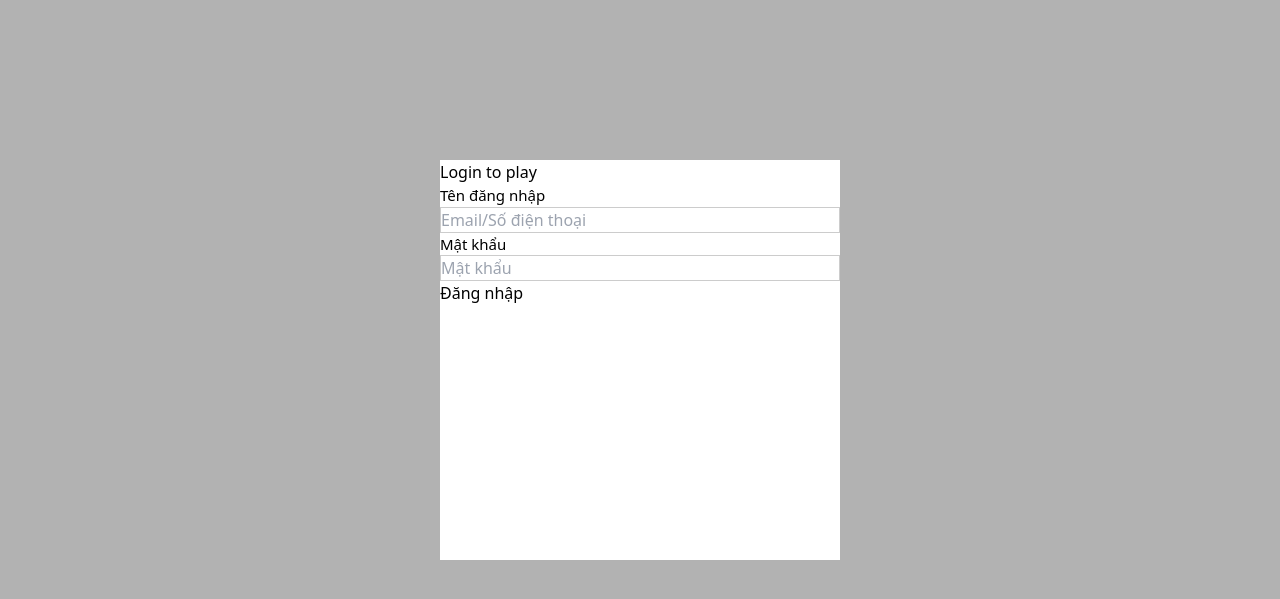
Repository: Teddy1705/demo_pj
Page: /
These files come from the project's save history. The page is drawn as it stood at one moment and after the next save; the edit follows.
The browser window is 1280 px wide. The pictures show the whole page.
The project was rebuilt for these pictures with package versions that can differ from the ones it lists, and the page was loaded fresh each time. Also part of the build but not shown: vite.config.js.

Above is the page before, as saved 2024-04-16 09:47:35.

### index.html
<!DOCTYPE html>
<html lang="en">
  <head>
    <meta charset="UTF-8" />
    <link rel="icon" type="image/svg+xml" href="/vite.svg" />
    <meta name="viewport" content="width=device-width, initial-scale=1.0" />
    <title>Tic Tac Toe</title>
    <link rel="stylesheet" href="./src/index.css" />
  </head>
  <body>
    <div id="root"></div>
    <script type="module" src="/src/main.jsx"></script>
  </body>
</html>

### src/index.css
:root {
  --white-color: #fff;
  --black-color: #000;
}

/*
1. Prevent padding and border from affecting element width. (https://github.com/mozdevs/cssremedy/issues/4)
2. Allow adding a border to an element by just adding a border-width. (https://github.com/tailwindcss/tailwindcss/pull/116)
*/

*,
::before,
::after {
  box-sizing: border-box;
  /* 1 */
  border-width: 0;
  /* 2 */
  border-style: solid;
  /* 2 */
  border-color: #e5e7eb;
  /* 2 */
}

::before,
::after {
  --tw-content: "";
}

/*
1. Use a consistent sensible line-height in all browsers.
2. Prevent adjustments of font size after orientation changes in iOS.
3. Use a more readable tab size.
4. Use the user's configured `sans` font-family by default.
5. Use the user's configured `sans` font-feature-settings by default.
6. Use the user's configured `sans` font-variation-settings by default.
7. Disable tap highlights on iOS
*/

html,
:host {
  line-height: 1.5;
  /* 1 */
  -webkit-text-size-adjust: 100%;
  /* 2 */
  -moz-tab-size: 4;
  /* 3 */
  -o-tab-size: 4;
  tab-size: 4;
  /* 3 */
  font-family: ui-sans-serif, system-ui, sans-serif, "Apple Color Emoji",
    "Segoe UI Emoji", "Segoe UI Symbol", "Noto Color Emoji";
  /* 4 */
  font-feature-settings: normal;
  /* 5 */
  font-variation-settings: normal;
  /* 6 */
  -webkit-tap-highlight-color: transparent;
  /* 7 */
}

/*
1. Remove the margin in all browsers.
2. Inherit line-height from `html` so users can set them as a class directly on the `html` element.
*/

body {
  margin: 0;
  /* 1 */
  line-height: inherit;
  /* 2 */
}

/*
1. Add the correct height in Firefox.
2. Correct the inheritance of border color in Firefox. (https://bugzilla.mozilla.org/show_bug.cgi?id=190655)
3. Ensure horizontal rules are visible by default.
*/

hr {
  height: 0;
  /* 1 */
  color: inherit;
  /* 2 */
  border-top-width: 1px;
  /* 3 */
}

/*
Add the correct text decoration in Chrome, Edge, and Safari.
*/

abbr:where([title]) {
  -webkit-text-decoration: underline dotted;
  text-decoration: underline dotted;
}

/*
Remove the default font size and weight for headings.
*/

h1,
h2,
h3,
h4,
h5,
h6 {
  font-size: inherit;
  font-weight: inherit;
}

/*
Reset links to optimize for opt-in styling instead of opt-out.
*/

a {
  color: inherit;
  text-decoration: inherit;
}

/*
Add the correct font weight in Edge and Safari.
*/

b,
strong {
  font-weight: bolder;
}

/*
1. Use the user's configured `mono` font-family by default.
2. Use the user's configured `mono` font-feature-settings by default.
3. Use the user's configured `mono` font-variation-settings by default.
4. Correct the odd `em` font sizing in all browsers.
*/

code,
kbd,
samp,
pre {
  font-family: ui-monospace, SFMono-Regular, Menlo, Monaco, Consolas,
    "Liberation Mono", "Courier New", monospace;
  /* 1 */
  font-feature-settings: normal;
  /* 2 */
  font-variation-settings: normal;
  /* 3 */
  font-size: 1em;
  /* 4 */
}

/*
Add the correct font size in all browsers.
*/

small {
  font-size: 80%;
}

/*
Prevent `sub` and `sup` elements from affecting the line height in all browsers.
*/

sub,
sup {
  font-size: 75%;
  line-height: 0;
  position: relative;
  vertical-align: baseline;
}

sub {
  bottom: -0.25em;
}

sup {
  top: -0.5em;
}

/*
1. Remove text indentation from table contents in Chrome and Safari. (https://bugs.chromium.org/p/chromium/issues/detail?id=999088, https://bugs.webkit.org/show_bug.cgi?id=201297)
2. Correct table border color inheritance in all Chrome and Safari. (https://bugs.chromium.org/p/chromium/issues/detail?id=935729, https://bugs.webkit.org/show_bug.cgi?id=195016)
3. Remove gaps between table borders by default.
*/

table {
  text-indent: 0;
  /* 1 */
  border-color: inherit;
  /* 2 */
  border-collapse: collapse;
  /* 3 */
}

/*
1. Change the font styles in all browsers.
2. Remove the margin in Firefox and Safari.
3. Remove default padding in all browsers.
*/

button,
input,
optgroup,
select,
textarea {
  font-family: inherit;
  /* 1 */
  font-feature-settings: inherit;
  /* 1 */
  font-variation-settings: inherit;
  /* 1 */
  font-size: 100%;
  /* 1 */
  font-weight: inherit;
  /* 1 */
  line-height: inherit;
  /* 1 */
  letter-spacing: inherit;
  /* 1 */
  color: inherit;
  /* 1 */
  margin: 0;
  /* 2 */
  padding: 0;
  /* 3 */
}

/*
Remove the inheritance of text transform in Edge and Firefox.
*/

button,
select {
  text-transform: none;
}

/*
1. Correct the inability to style clickable types in iOS and Safari.
2. Remove default button styles.
*/

button,
input:where([type="button"]),
input:where([type="reset"]),
input:where([type="submit"]) {
  -webkit-appearance: button;
  /* 1 */
  background-color: transparent;
  /* 2 */
  background-image: none;
  /* 2 */
}

/*
Use the modern Firefox focus style for all focusable elements.
*/

:-moz-focusring {
  outline: auto;
}

/*
Remove the additional `:invalid` styles in Firefox. (https://github.com/mozilla/gecko-dev/blob/2f9eacd9d3d995c937b4251a5557d95d494c9be1/layout/style/res/forms.css#L728-L737)
*/

:-moz-ui-invalid {
  box-shadow: none;
}

/*
Add the correct vertical alignment in Chrome and Firefox.
*/

progress {
  vertical-align: baseline;
}

/*
Correct the cursor style of increment and decrement buttons in Safari.
*/

::-webkit-inner-spin-button,
::-webkit-outer-spin-button {
  height: auto;
}

/*
1. Correct the odd appearance in Chrome and Safari.
2. Correct the outline style in Safari.
*/

[type="search"] {
  -webkit-appearance: textfield;
  /* 1 */
  outline-offset: -2px;
  /* 2 */
}

/*
Remove the inner padding in Chrome and Safari on macOS.
*/

::-webkit-search-decoration {
  -webkit-appearance: none;
}

/*
1. Correct the inability to style clickable types in iOS and Safari.
2. Change font properties to `inherit` in Safari.
*/

::-webkit-file-upload-button {
  -webkit-appearance: button;
  /* 1 */
  font: inherit;
  /* 2 */
}

/*
Add the correct display in Chrome and Safari.
*/

summary {
  display: list-item;
}

/*
Removes the default spacing and border for appropriate elements.
*/

blockquote,
dl,
dd,
h1,
h2,
h3,
h4,
h5,
h6,
hr,
figure,
p,
pre {
  margin: 0;
}

fieldset {
  margin: 0;
  padding: 0;
}

legend {
  padding: 0;
}

ol,
ul,
menu {
  list-style: none;
  margin: 0;
  padding: 0;
}

/*
Reset default styling for dialogs.
*/

dialog {
  padding: 0;
}

/*
Prevent resizing textareas horizontally by default.
*/

textarea {
  resize: vertical;
}

/*
1. Reset the default placeholder opacity in Firefox. (https://github.com/tailwindlabs/tailwindcss/issues/3300)
2. Set the default placeholder color to the user's configured gray 400 color.
*/

input::-moz-placeholder,
textarea::-moz-placeholder {
  opacity: 1;
  /* 1 */
  color: #9ca3af;
  /* 2 */
}

input::placeholder,
textarea::placeholder {
  opacity: 1;
  /* 1 */
  color: #9ca3af;
  /* 2 */
}

/*
Set the default cursor for buttons.
*/

button,
[role="button"] {
  cursor: pointer;
}

/*
Make sure disabled buttons don't get the pointer cursor.
*/

:disabled {
  cursor: default;
}

/*
1. Make replaced elements `display: block` by default. (https://github.com/mozdevs/cssremedy/issues/14)
2. Add `vertical-align: middle` to align replaced elements more sensibly by default. (https://github.com/jensimmons/cssremedy/issues/14#issuecomment-634934210)
   This can trigger a poorly considered lint error in some tools but is included by design.
*/

img,
svg,
video,
canvas,
audio,
iframe,
embed,
object {
  display: block;
  /* 1 */
  vertical-align: middle;
  /* 2 */
}

/*
Constrain images and videos to the parent width and preserve their intrinsic aspect ratio. (https://github.com/mozdevs/cssremedy/issues/14)
*/

img,
video {
  max-width: 100%;
  height: auto;
}

/* Make elements with the HTML hidden attribute stay hidden by default */

[hidden] {
  display: none;
}

*,
::before,
::after {
  --tw-border-spacing-x: 0;
  --tw-border-spacing-y: 0;
  --tw-translate-x: 0;
  --tw-translate-y: 0;
  --tw-rotate: 0;
  --tw-skew-x: 0;
  --tw-skew-y: 0;
  --tw-scale-x: 1;
  --tw-scale-y: 1;
  --tw-pan-x: ;
  --tw-pan-y: ;
  --tw-pinch-zoom: ;
  --tw-scroll-snap-strictness: proximity;
  --tw-gradient-from-position: ;
  --tw-gradient-via-position: ;
  --tw-gradient-to-position: ;
  --tw-ordinal: ;
  --tw-slashed-zero: ;
  --tw-numeric-figure: ;
  --tw-numeric-spacing: ;
  --tw-numeric-fraction: ;
  --tw-ring-inset: ;
  --tw-ring-offset-width: 0px;
  --tw-ring-offset-color: #fff;
  --tw-ring-color: rgb(59 130 246 / 0.5);
  --tw-ring-offset-shadow: 0 0 #0000;
  --tw-ring-shadow: 0 0 #0000;
  --tw-shadow: 0 0 #0000;
  --tw-shadow-colored: 0 0 #0000;
  --tw-blur: ;
  --tw-brightness: ;
  --tw-contrast: ;
  --tw-grayscale: ;
  --tw-hue-rotate: ;
  --tw-invert: ;
  --tw-saturate: ;
  --tw-sepia: ;
  --tw-drop-shadow: ;
  --tw-backdrop-blur: ;
  --tw-backdrop-brightness: ;
  --tw-backdrop-contrast: ;
  --tw-backdrop-grayscale: ;
  --tw-backdrop-hue-rotate: ;
  --tw-backdrop-invert: ;
  --tw-backdrop-opacity: ;
  --tw-backdrop-saturate: ;
  --tw-backdrop-sepia: ;
  --tw-contain-size: ;
  --tw-contain-layout: ;
  --tw-contain-paint: ;
  --tw-contain-style: ;
}

::backdrop {
  --tw-border-spacing-x: 0;
  --tw-border-spacing-y: 0;
  --tw-translate-x: 0;
  --tw-translate-y: 0;
  --tw-rotate: 0;
  --tw-skew-x: 0;
  --tw-skew-y: 0;
  --tw-scale-x: 1;
  --tw-scale-y: 1;
  --tw-pan-x: ;
  --tw-pan-y: ;
  --tw-pinch-zoom: ;
  --tw-scroll-snap-strictness: proximity;
  --tw-gradient-from-position: ;
  --tw-gradient-via-position: ;
  --tw-gradient-to-position: ;
  --tw-ordinal: ;
  --tw-slashed-zero: ;
  --tw-numeric-figure: ;
  --tw-numeric-spacing: ;
  --tw-numeric-fraction: ;
  --tw-ring-inset: ;
  --tw-ring-offset-width: 0px;
  --tw-ring-offset-color: #fff;
  --tw-ring-color: rgb(59 130 246 / 0.5);
  --tw-ring-offset-shadow: 0 0 #0000;
  --tw-ring-shadow: 0 0 #0000;
  --tw-shadow: 0 0 #0000;
  --tw-shadow-colored: 0 0 #0000;
  --tw-blur: ;
  --tw-brightness: ;
  --tw-contrast: ;
  --tw-grayscale: ;
  --tw-hue-rotate: ;
  --tw-invert: ;
  --tw-saturate: ;
  --tw-sepia: ;
  --tw-drop-shadow: ;
  --tw-backdrop-blur: ;
  --tw-backdrop-brightness: ;
  --tw-backdrop-contrast: ;
  --tw-backdrop-grayscale: ;
  --tw-backdrop-hue-rotate: ;
  --tw-backdrop-invert: ;
  --tw-backdrop-opacity: ;
  --tw-backdrop-saturate: ;
  --tw-backdrop-sepia: ;
  --tw-contain-size: ;
  --tw-contain-layout: ;
  --tw-contain-paint: ;
  --tw-contain-style: ;
}

#modal {
  position: fixed;
  top: 0;
  right: 0;
  bottom: 0;
  left: 0;
  display: flex;
  align-items: center;
  justify-content: center;
}

#modal .modal__overlay {
  position: absolute;
  width: 100%;
  height: 100%;
  background-color: rgba(0, 0, 0, 0.3);
}

#modal .modal__body {
  position: relative;
  background-color: var(--white-color);
  margin: auto;
  width: 400px;
  height: 400px;
}

.auth-form {
}

.auth-form__container {
}

.auth-form__header {
}

.auth-form__heading {
}

.auth-form__info {
}

.auth-form__info-details {
}

.auth-form__label {
  display: block;
  font-size: 15px;
}

.auth-form__info-input {
  border: 1px solid #ccc;
  width: 100%;
}

.auth-form__btn {
}

### src/main.jsx
import React from "react";
import ReactDOM from "react-dom/client";
import App from "./App.jsx";
import { createBrowserRouter, RouterProvider } from "react-router-dom";
import Root from "./routes/root";
import "./index.css";

const router = createBrowserRouter([
  {
    path: "/",
    element: <Root />,
  },
]);

ReactDOM.createRoot(document.getElementById("root")).render(
  <React.StrictMode>
    <RouterProvider router={router} />
    <App />
  </React.StrictMode>
);

### src/routes/root.jsx
export default function Root() {
  return (
    <>
      <div id="modal">
        <div className="modal__overlay"></div>
        <div className="modal__body">
          <div className="auth-form">
            <div className="auth-form__container">
              <div className="auth-form__header">
                <h1 className="auth-form__heading">Login to play</h1>
              </div>
              <div className="auth-form__info">
                <div className="auth-form__info-details">
                  <label htmlFor="" className="auth-form__label">
                    Tên đăng nhập
                  </label>
                  <input
                    type="text"
                    className="auth-form__info-input"
                    placeholder="Email/Số điện thoại"
                  />
                </div>
                <div className="auth-form__info-details">
                  <label htmlFor="" className="auth-form__label">
                    Mật khẩu
                  </label>
                  <input
                    type="password"
                    className="auth-form__info-input"
                    placeholder="Mật khẩu"
                  />
                </div>
              </div>
              <div className="auth-form__btn">
                <a
                  href={`https://codesandbox.io/s/q2z497?file=%2Fsrc%2FApp.js&utm_medium=sandpack`}
                  className=""
                >
                  Đăng nhập
                </a>
              </div>
            </div>
          </div>
        </div>
      </div>
      <div id="detail"></div>
    </>
  );
}

Loaded but not shown: src/App.jsx (common file)

After the next save:
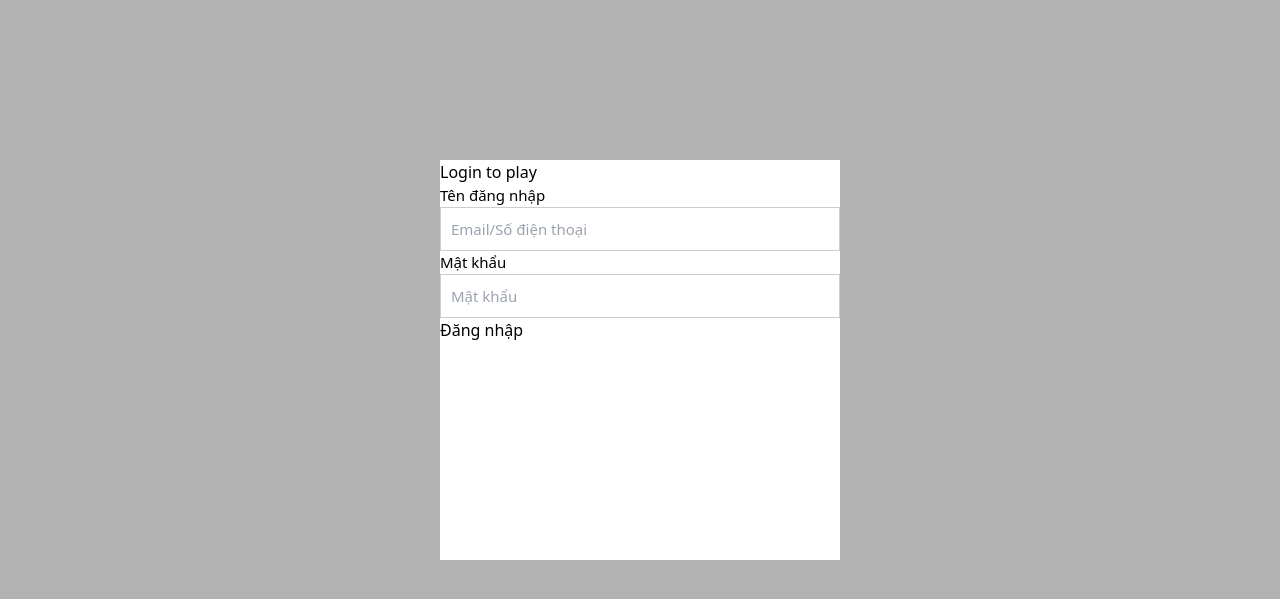
Saved 30 s later.
--- a/src/index.css
+++ b/src/index.css
@@ -612,6 +612,8 @@ video {
 .auth-form__info-input {
   border: 1px solid #ccc;
   width: 100%;
+  font-size: 15px;
+  padding: 10px;
 }
 
 .auth-form__btn {
